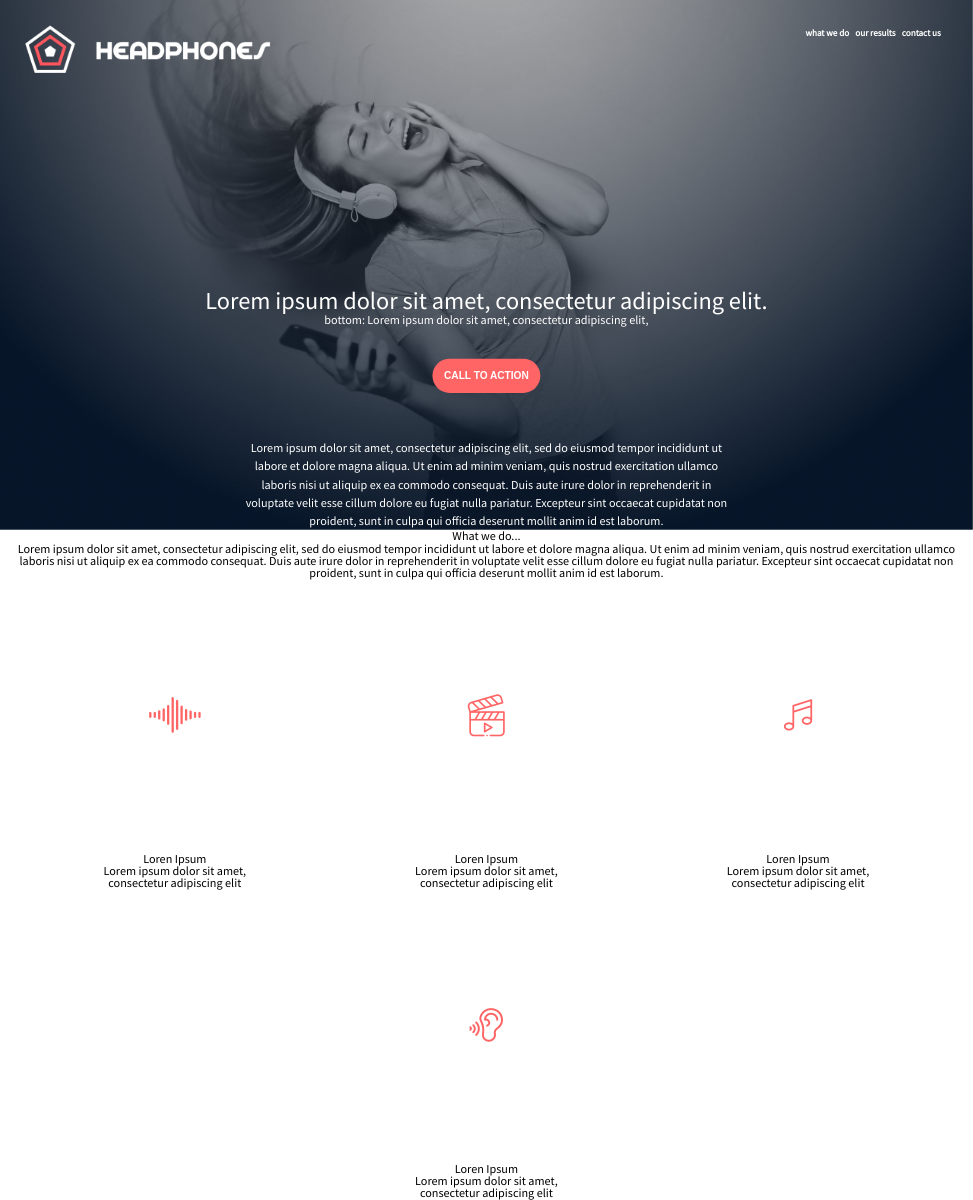
Repository: seleniadelgado/holbertonschool-web_front_end
Page: 0x09-implement_a_design_from_scratch/1-index.html
These files come from the project's save history. The page is drawn as it stood at one moment and after the next save; the edit follows.
The browser window is 1280 px wide. The pictures show the whole page, at 76% of full size.

Above is the page before, as saved 2020-03-19 16:46:41.

### 0x09-implement_a_design_from_scratch/1-index.html
<!DOCTYPE <!DOCTYPE html>
<head>
    <meta charset="utf-8">
    <title>Headphones</title>
    <meta name="description" content="">
    <meta name="viewport" content="width=device-width, initial-scale=1">
    <link rel="stylesheet" href="1-styles.css">
    <link rel="stylesheet" href="reset.css">
    <link rel="stylesheet" href="./holberton_school-icon/style.css">
    <link href="https://fonts.googleapis.com/css?family=Source+Sans+Pro&display=swap" rel="stylesheet">
</head>
<body>
<!-- nav bar -->
    <header>
        <div class="firstdiv">
            <nav>
                <input type="checkbox" id="menu">
                <label for="menu" id="nav-icon"></label>
                <div class="logo"><img href="active" href="#home"><img src="./images/logo_headphones.png" alt="logo"></a></div>
                <div class="main-nav">
                    <ul class="nav-header">
                        <li><a href="#what-we-do">what we do</a></li>
                        <li><a href="#our-results">our results</a></li>
                        <li><a href="#contact-us">contact us</a></li>
                    </ul>
                </div>
            </nav>
        </div>
<!-- Content -->
        <div class="seconddiv">
            <div class="text">
                <h1>Lorem ipsum dolor sit amet, consectetur adipiscing elit.</h1>
                <p>bottom: Lorem ipsum dolor sit amet, consectetur adipiscing elit, </p>
            </div>
        </div>
        <div class="thirddiv">
        <button id="button">CALL TO ACTION</button>
        <p class="longParagraph">Lorem ipsum dolor sit amet, consectetur adipiscing elit, sed do eiusmod tempor incididunt ut labore et dolore magna aliqua.
            Ut enim ad minim veniam, quis nostrud exercitation ullamco laboris nisi ut aliquip ex ea commodo consequat.
            Duis aute irure dolor in reprehenderit in voluptate velit esse cillum dolore eu fugiat nulla pariatur. Excepteur sint occaecat cupidatat non proident,
            sunt in culpa qui officia deserunt mollit anim id est laborum.</p>
            </div>
        </div>
    </div>
    </header>
    <div id="whatWeDo"></div>
    <div class="content">
        <h1>What we do...</h1>
        <p> Lorem ipsum dolor sit amet, consectetur adipiscing elit, sed do eiusmod tempor incididunt ut labore et dolore magna aliqua.
            Ut enim ad minim veniam, quis nostrud exercitation ullamco laboris nisi ut aliquip ex ea commodo consequat.
            Duis aute irure dolor in reprehenderit in voluptate velit esse cillum dolore eu fugiat nulla pariatur. Excepteur sint occaecat cupidatat non proident,
            sunt in culpa qui officia deserunt mollit anim id est laborum.
        </p>
        <div class="grid">
            <div>
                <div class="icon, item holberton_school-icon-ic_sound"></div>
                <h6>Loren Ipsum</h6>
                <p>Lorem ipsum dolor sit amet,<br> consectetur adipiscing elit</p>
            </div>
            <div>
                <div class="icon, item holberton_school-icon-ic_video"></div>
                <h6>Loren Ipsum</h6>
                <p>Lorem ipsum dolor sit amet, <br>consectetur adipiscing elit</p>
            </div>
            <div>
                <div class="icon, item holberton_school-icon-ic_music"></div>
                <h6>Loren Ipsum</h6>
                <p>Lorem ipsum dolor sit amet, <br>consectetur adipiscing elit</p>
            </div>
            <div>
                <div class="icon, item holberton_school-icon-ic_hearing"></div>
                <h6>Loren Ipsum</h6>
                <p>Lorem ipsum dolor sit amet, <br>consectetur adipiscing elit</p>
            </div>

        </div>
    </div>





    </body>
</html>

### 0x09-implement_a_design_from_scratch/1-styles.css

:root {
    --font-size-sm: 12px;
    --font-size-md: 16px;
    --font-size-lg: 32px;
    --font-size-xl: 72px;
    --font-size-button: 14px;
    --color-primary-red: #FF6565;
    --color-body-white: white;
    --color-body-black: black;
    --font-family: 'Source Sans Pro', sans-serif;
}
/* header */
header {
    width: 100%;
    background: transparent;
    position: relative;
    color: var(--color-body-white);
    background-image: url("images/headphones_hero_1.jpg");
    background-repeat: no-repeat;
    background-size: cover;
    font-family: var(--font-family);
}
header .firstdiv {
    justify-content: space-between;
    align-content: space-between;
    padding: 2rem;
    flex-wrap: wrap;
}
header .firstdiv nav {
    width: 100%;
    display: flex;
    justify-content: space-between;
    align-content: space-between;
    position: relative;
}
a {
    margin: auto 1.25rem;
    color: var(--color-body-white);
    text-decoration: none;
    font-family: var(--font-family);
}
a:hover, a:active {
    color: var(--color-primary-red)
}
#menu {
    display: none;
    position: absolute;
}
#nav-icon {
    display: none;
    position: absolute;
}
.logo {
    float: left;
}

.nav-header {
    display: inline-flex;
    margin: auto 0;
    list-style-type: none;
    font-size: var(--font-size-sm);
    font-weight: bolder;
    font-family: var(--font-family);
}
.main-nav ul {
    border: 6px transparent solid;
    justify-content: space-between;
}
.main-nav ul li a {
    border: 4px transparent solid;
    font-family: var(--font-family);

}

/* nav */
.seconddiv {
    text-align: center;
}
.thirddiv {
    text-align: center;
}
/*text */
.text {
    padding-top: 20%;
    text-align: center;
    line-height: 32px;
}
.text h1 {
    font-size: var(--font-size-md);
    color: var(--color-body-white);
}
.text p {
    font: var(--font-size-sm);
    color: var(--color-body-white);
}

/* button */
#button {
    padding: 15px;
    margin-top: 40px;
    margin-bottom: 60px;
    border-radius: 4em;
    background-color: #FF6565;
    box-shadow: var(--color-body-black);
    border-style: none;
    color: var(--color-body-white);
    font-weight: bolder;
}
#button:hover {
    opacity: 0.9;
}
/* end button */
/* start longparagraph */
.longParagraph {
    display: flex;
    text-align: center;
    margin: 0% 25% 0% 25%;
    line-height: 24px;
    font-family: var(--font-family);
    font-size: var(--font-size-md);
    color: var(--color-body-white);
}

/* end longparagraph */
/* media query for screens less than 480px */
@media (max-width: 480px)
{
    header nav {
      flex-direction: column;
      align-items: center;
    }
    .logo {
      width: 50%;
      height: auto;
    }
    .nav-header {
      display: none;
      width: 100%;
      flex-direction: column;
      margin: 1rem auto;
      text-align: center;
      font-weight: bold;
      font-size: var(--font-size-btn);
      float: right;
      display: inline-flex;
      margin-right: 10%;
    }
    .nav-header li {
      width: 100%;
      margin: 0.5rem auto;
      padding-right: 50px;
      font-family: var(--font-family);
    }
    #nav-icon {
        background: var(--color-body-white);
        height: 2px;
        width: 13px;
        position: absolute;
        left: 1rem;
        top: 18px;
        display: block;
    }

    #nav-icon::before {
        content: "";
        background: var(--color-body-white);
        height: 2px;
        width: 20px;
        position: relative;
        top: -0.4rem;
        display: block;
        transition: all 0.2s ease;
    }

    #nav-icon::after {
        content: "";
        background: var(--color-body-white);
        height: 2px;
        width: 18px;
        position: relative;
        top: 0.3rem;
        display: block;
        transition: all 0.2s ease;
    }

    #menu:checked ~ .nav-header {
        display: inline-flex;
    }

    #menu:checked ~ #nav-icon {
        background: transparent;
    }

    #menu:checked ~ #nav-icon::before {
        transform: rotate(45deg);
        top: 3px;
        margin: auto;
    }

    #menu:checked ~ #nav-icon::after {
        width: 20px;
        transform: rotate(-45deg);
        top: 1px;
        margin: auto;
    }
}
.text {
    font-family: var(--font-family);
    line-height: 24px;
}
.text h1 {
    font-size: var(--font-size-lg);
}
.text p {
    font-size: var(--font-size-md);
}
/* menu btn ends */
.content {
    display: grid;
    text-align: center;
    font-family: var(--font-family);
}
.grid {
    display: flex;
    flex-wrap: wrap;
    justify-content: space-evenly
}
.item {
    color: var(--color-primary-red);
    font-size: var(--font-size-xl);
    margin: 2em;
}

.item h6, p {
    color: var(--color-body-black);
    font-size: var(--font-size-sm);

}

### 0x09-implement_a_design_from_scratch/holberton_school-icon/style.css
@font-face {
  font-family: 'holberton_school-icon';
  src:  url('fonts/holberton_school-icon.eot?sq4eq4');
  src:  url('fonts/holberton_school-icon.eot?sq4eq4#iefix') format('embedded-opentype'),
    url('fonts/holberton_school-icon.ttf?sq4eq4') format('truetype'),
    url('fonts/holberton_school-icon.woff?sq4eq4') format('woff'),
    url('fonts/holberton_school-icon.svg?sq4eq4#holberton_school-icon') format('svg');
  font-weight: normal;
  font-style: normal;
  font-display: block;
}

[class^="holberton_school-icon-"], [class*=" holberton_school-icon-"] {
  /* use !important to prevent issues with browser extensions that change fonts */
  font-family: 'holberton_school-icon' !important;
  speak: none;
  font-style: normal;
  font-weight: normal;
  font-variant: normal;
  text-transform: none;
  line-height: 1;

  /* Better Font Rendering =========== */
  -webkit-font-smoothing: antialiased;
  -moz-osx-font-smoothing: grayscale;
}

.holberton_school-icon-arrow_1:before {
  content: "\e900";
}
.holberton_school-icon-arrow_2:before {
  content: "\e901";
}
.holberton_school-icon-arrow_3:before {
  content: "\e902";
}
.holberton_school-icon-arrow_4:before {
  content: "\e903";
}
.holberton_school-icon-arrow_5:before {
  content: "\e904";
}
.holberton_school-icon-check:before {
  content: "\e905";
}
.holberton_school-icon-ic_bag:before {
  content: "\e906";
}
.holberton_school-icon-ic_cart:before {
  content: "\e907";
}
.holberton_school-icon-ic_facebook:before {
  content: "\e908";
}
.holberton_school-icon-ic_hearing:before {
  content: "\e909";
}
.holberton_school-icon-ic_instagram:before {
  content: "\e90a";
}
.holberton_school-icon-ic_laptop:before {
  content: "\e90b";
}
.holberton_school-icon-ic_money:before {
  content: "\e90c";
}
.holberton_school-icon-ic_music:before {
  content: "\e90d";
}
.holberton_school-icon-ic_sound:before {
  content: "\e90e";
}
.holberton_school-icon-ic_twitter:before {
  content: "\e90f";
}
.holberton_school-icon-ic_video:before {
  content: "\e910";
}
.holberton_school-icon-menu:before {
  content: "\e911";
}
.holberton_school-icon-search_1:before {
  content: "\e912";
}
.holberton_school-icon-search_2:before {
  content: "\e913";
}
.holberton_school-icon-star:before {
  content: "\e914";
}

Loaded but not shown: 0x09-implement_a_design_from_scratch/reset.css (common file)

After the next save:
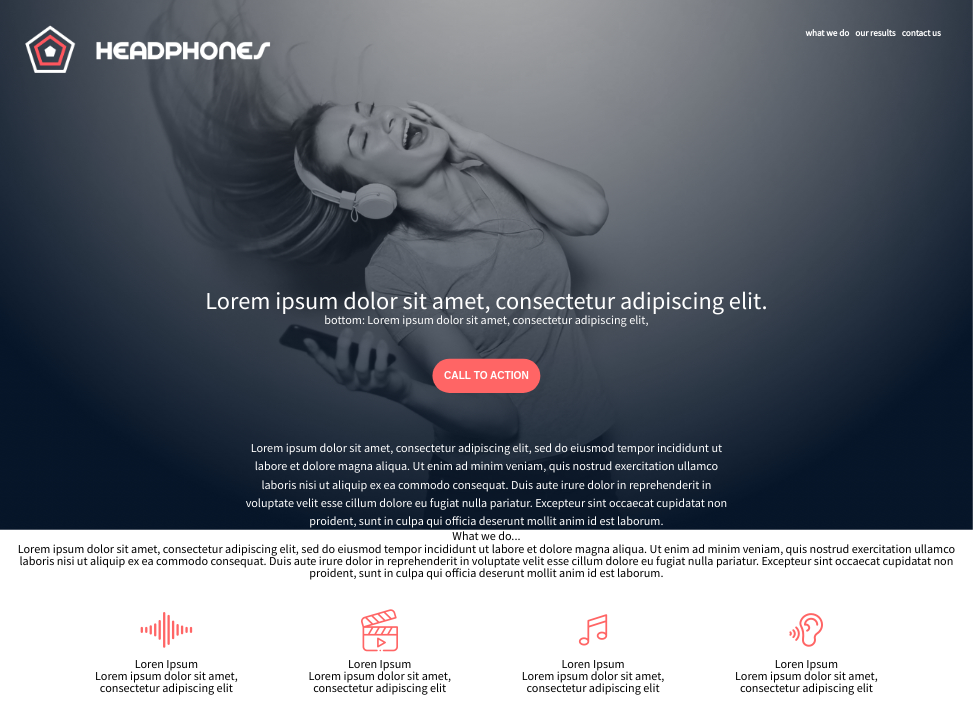
Saved 15 s later.
--- a/0x09-implement_a_design_from_scratch/1-styles.css
+++ b/0x09-implement_a_design_from_scratch/1-styles.css
@@ -224,12 +224,12 @@
 .grid {
     display: flex;
     flex-wrap: wrap;
-    justify-content: space-evenly
+    justify-content: space-evenly;
+    margin: 2em;
 }
 .item {
     color: var(--color-primary-red);
     font-size: var(--font-size-xl);
-    margin: 2em;
 }
 
 .item h6, p {
